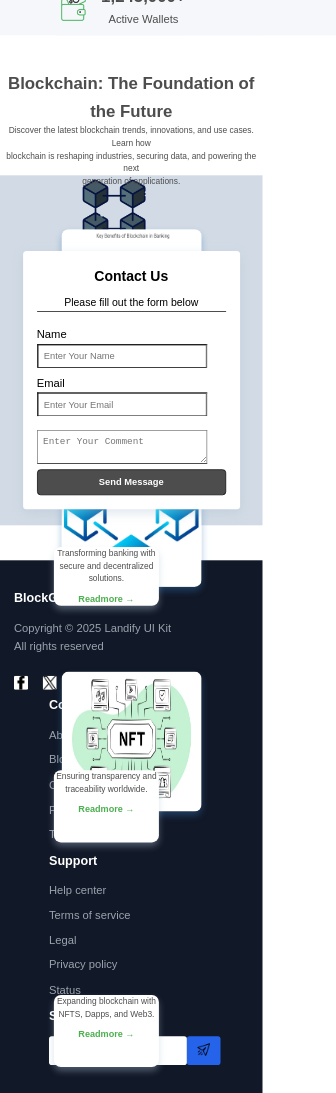
Repository: Tafsirul555/Assignment
Page: Assignment/index.html
The author's editor kept a copy of each file at every save. The page is drawn from the files as they stood at one save, then again after a run of saves.
The browser window is 375 px wide. The page is 480 px wide, so the pictures cover 480 px, including what lies to the right of the window. The pictures show the part of the page from y = 2649 to 4889 px (the page is 4210 px tall before and 5440 px after), at 70% of full size.

Above is the page before, as saved 2025-06-12 23:27:53.

After the next 3 saves:
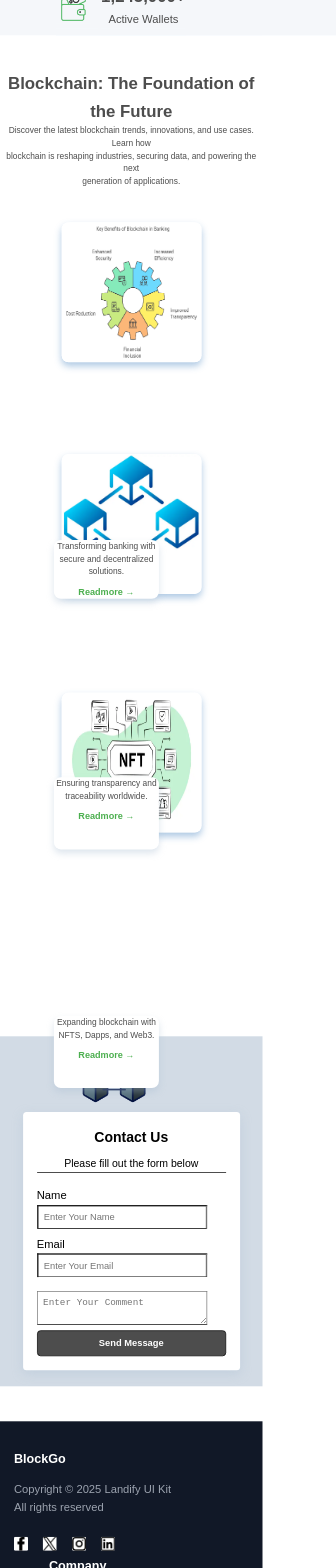
The 3 saves are shown as one change because they came seconds apart.
The last was saved 16 s later.
--- a/Assignment/Assignment1.css
+++ b/Assignment/Assignment1.css
@@ -484,18 +484,19 @@ article img{
 
 
 @media (max-width: 480px) {
-    .BlockchainFuture{
+    .BlockchainFuture-box {
         display: flex;
         flex-direction: column;
         align-items: center;
         justify-content: flex-start;
-        height: 43px;
+        height: auto;
     }
 
     .BlockchainFuture-box1,
     .BlockchainFuture-box2,
     .BlockchainFuture-box3 {
         width: 100%;
+        margin-bottom: 20px;
         text-align: center;
     }
 
